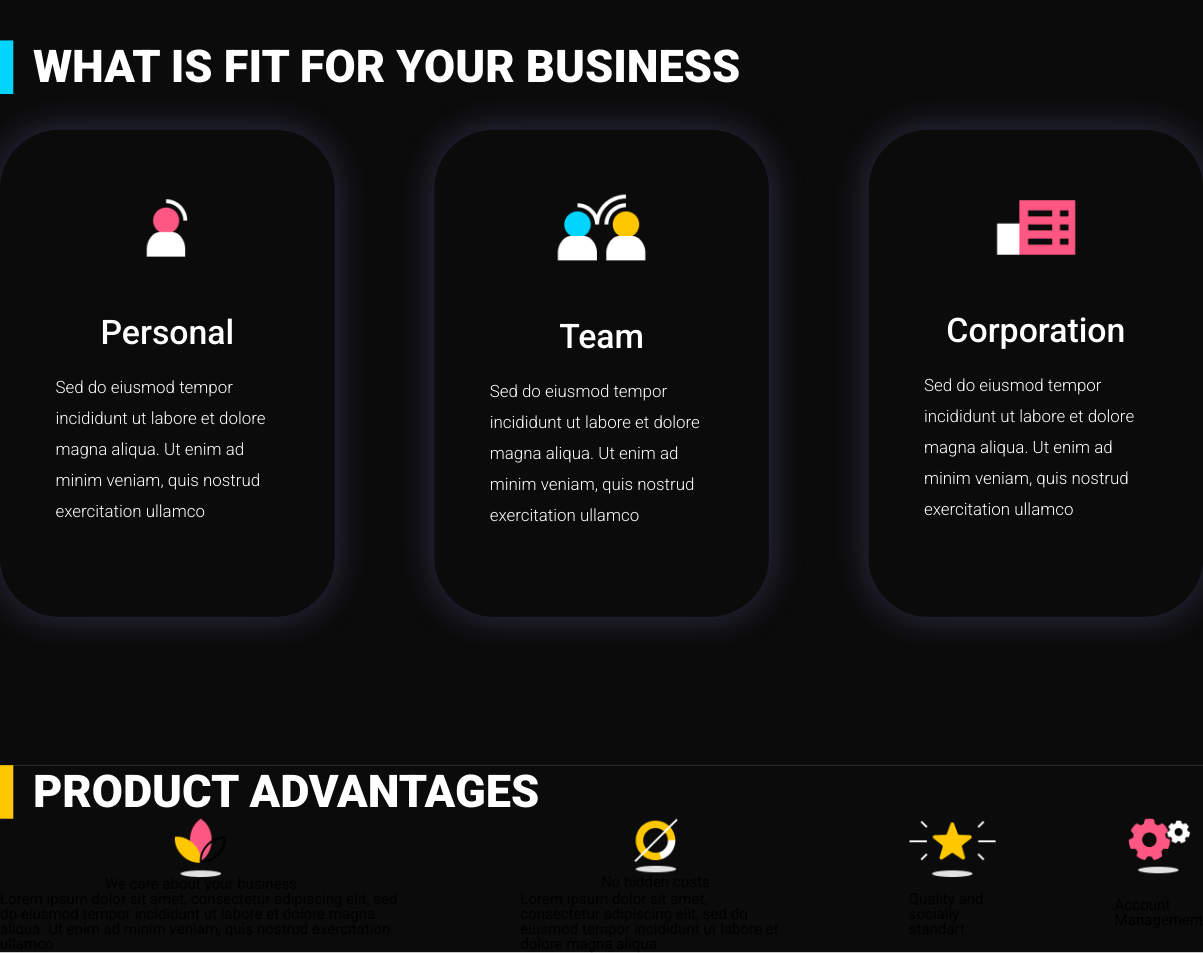
Repository: VetaWhale/team-site-test
Page: index.html
These files come from the project's save history. The page is drawn as it stood at one moment and after the next save; the edit follows.
The browser window is 1280 px wide. The pictures show the whole page, at 94% of full size.
Some web fonts or font styles are not loaded; a fallback is used.

Above is the page before, as saved 2023-04-24 14:26:52.

After the next save:
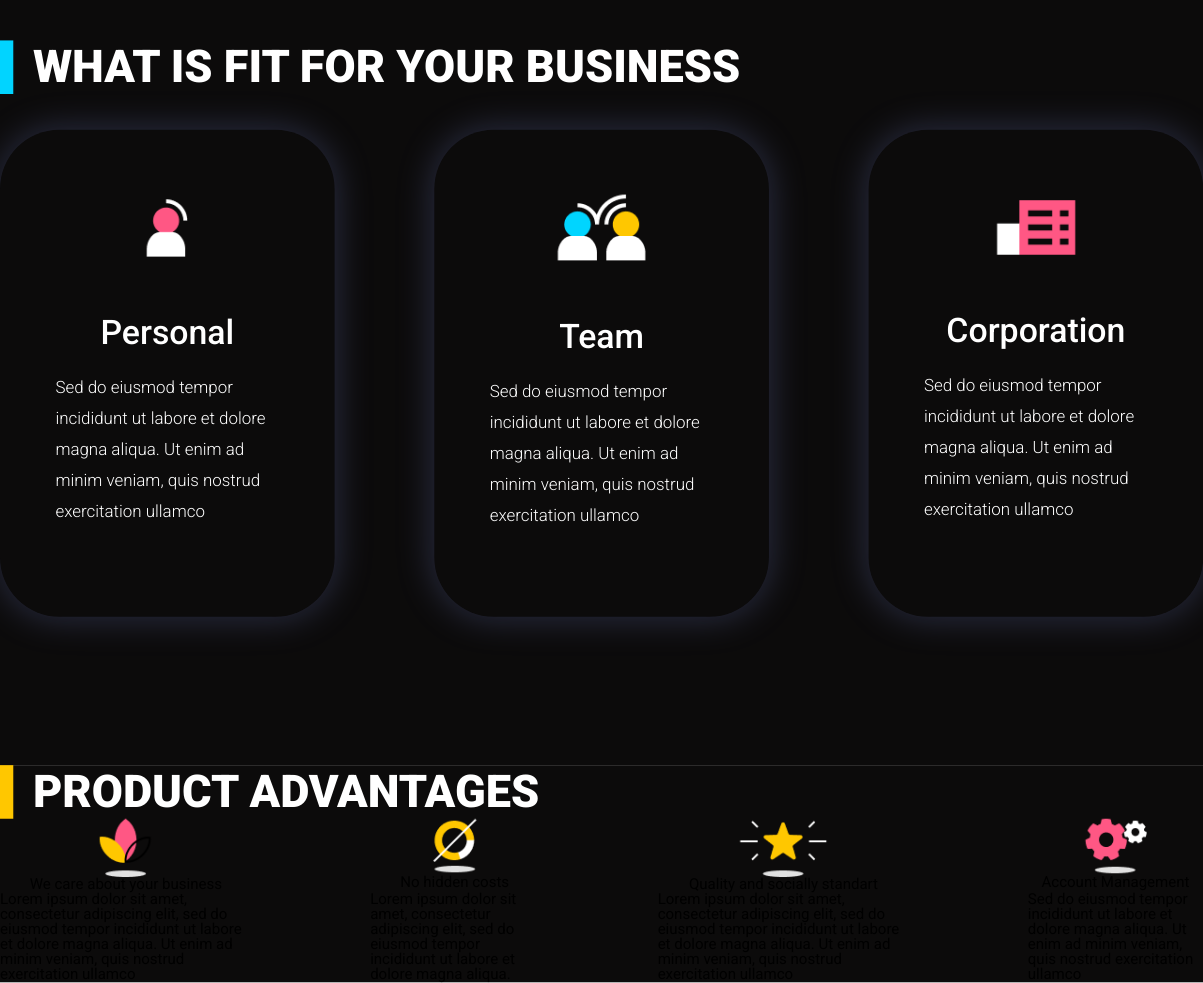
Saved 21 s later.
--- a/index.html
+++ b/index.html
@@ -75,7 +75,7 @@
                         Quality and socially standart
                     </h2>
                     <p class="product__description">
-
+                        Lorem ipsum dolor sit amet, consectetur adipiscing elit, sed do eiusmod tempor incididunt ut labore et dolore magna aliqua. Ut enim ad minim veniam, quis nostrud exercitation ullamco
                     </p>
                 </div>
                 <div class="product__item">
@@ -84,7 +84,7 @@
                         Account Management
                     </h2>
                     <p class="product__description">
-
+                        Sed do eiusmod tempor incididunt ut labore et dolore magna aliqua. Ut enim ad minim veniam, quis nostrud exercitation ullamco
                     </p>
                 </div>
             </div>
